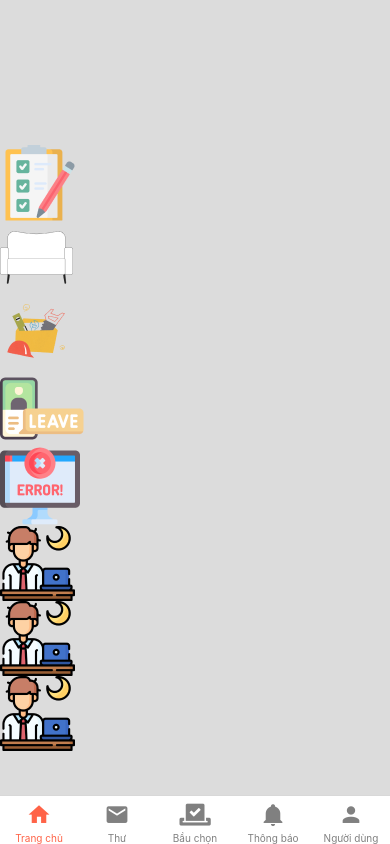
Repository: diepdung02/AppPTC
Page: /Home
The author's editor kept a copy of each file at every save. The page is drawn from the files as they stood at one save, then again after the next save.
The browser window is 390 px wide. The pictures show the whole page.
The page's requests for data from a server got no answer. The app was drawn by React Native's web renderer in a window 390 px wide. The project was rebuilt for these pictures with package versions that can differ from the ones it lists, and the page was loaded fresh each time. No one was signed in, and anything a server would have sent is missing. Also part of the build but not shown: screen/home/MailScreen.tsx, screen/home/NotificationScreen.tsx, screen/home/UserScreen.tsx, screen/home/VoteScreen.tsx. Imported but missing from the stored project, and not drawn on this page: assets.

Above is the page before, as saved 2024-06-30 15:15:50.

After the next save:
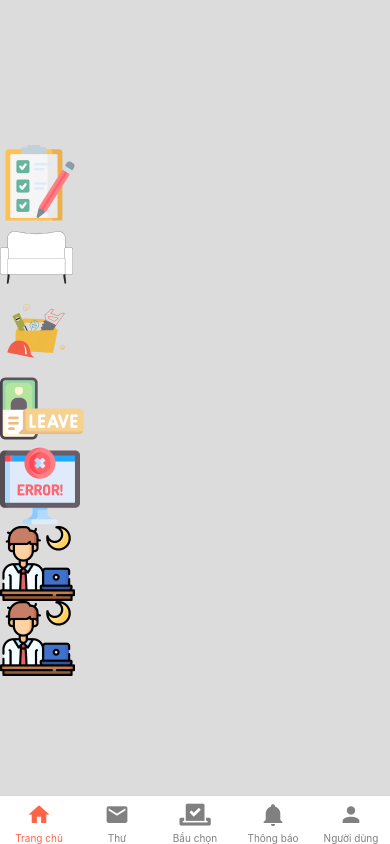
Saved 12 s later.
--- a/screen/home/HomeScreen.tsx
+++ b/screen/home/HomeScreen.tsx
@@ -35,7 +35,7 @@ const HomeScreen: React.FC = () => {
         <Image source={require('../../assets/Output.png')}/>
         <Image source={require('../../assets/leave 1.png')}/>
         <Image source={require('../../assets/Error.png')}/>
-        <Image source={require('../../assets/ot request.png')}/>
+        <Image source={require('../../assets/')}/>
         <Image source={require('../../assets/ot request.png')}/>
         <Image source={require('../../assets/ot request.png')}/>
       </View>
